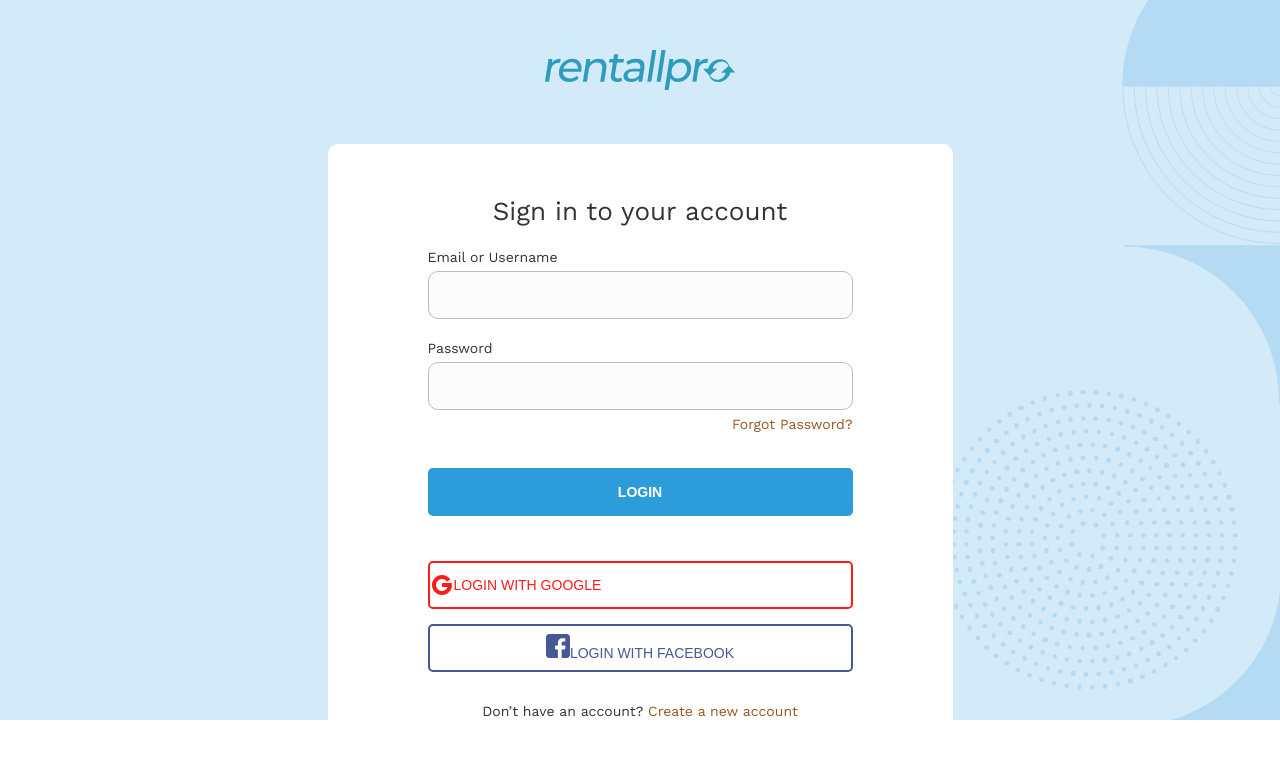
Repository: RentallPro/rentallpro-frontend
Page: /
These files come from the project's save history. The page is drawn as it stood at one moment and after the next save; the edit follows.
The browser window is 1280 px wide. The pictures show the whole page.
The project was rebuilt for these pictures with package versions that can differ from the ones it lists, and the page was loaded fresh each time.

Above is the page before, as saved 2020-12-09 23:33:34.

After the next save:
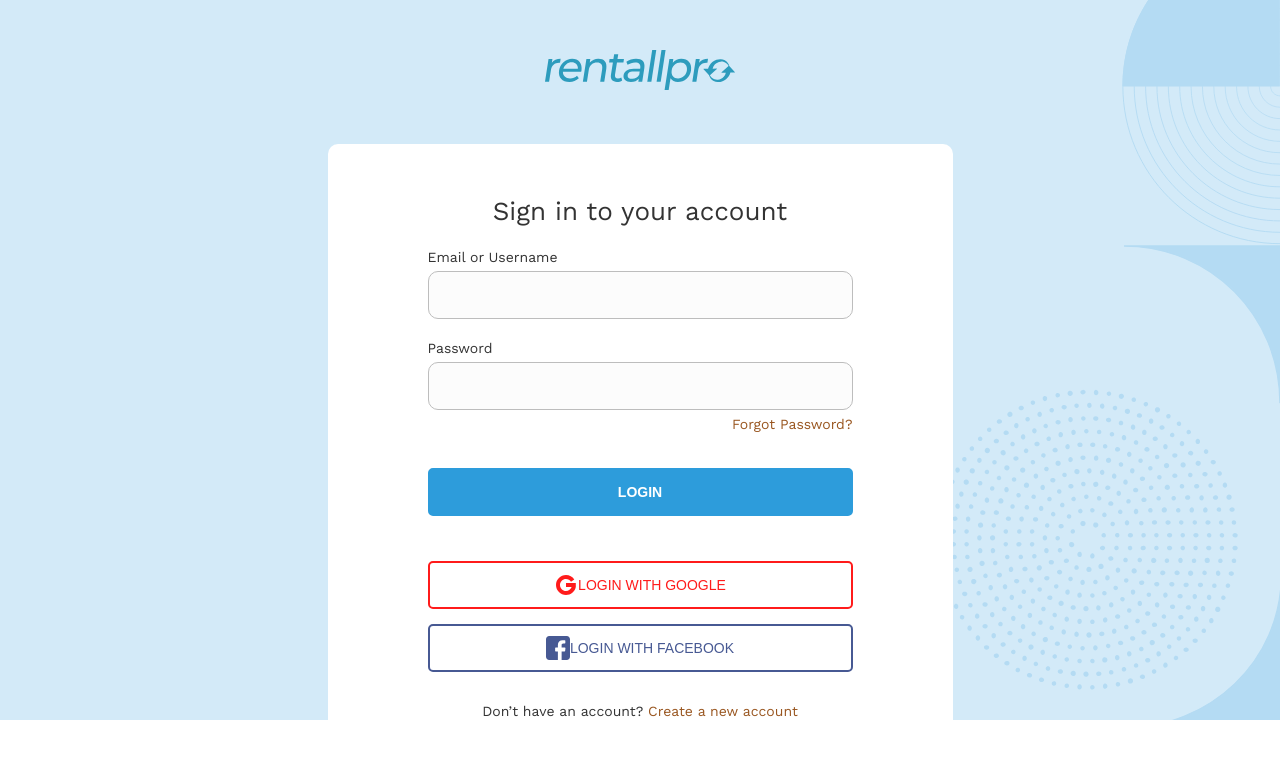
Saved 74 s later.
--- a/src/views/Auth/Home.scss
+++ b/src/views/Auth/Home.scss
@@ -82,6 +82,9 @@
                     border: 2px solid #FF1B1B;
                     font-weight: 500;
                     background-color: #FFFFFF;
+                    display: flex;
+                    align-items: center;
+                    justify-content: center;
                     .flex {
                         display: flex;
                         align-items: center;
@@ -93,6 +96,13 @@
                     background-color: #FFFFFF;
                     font-weight: 500;
                     margin-top: 15px;
+                    display: flex;
+                    align-items: center;
+                    justify-content: center;
+                    .flex {
+                        display: flex;
+                        align-items: center;
+                    }
                 }
             }
             .option {
